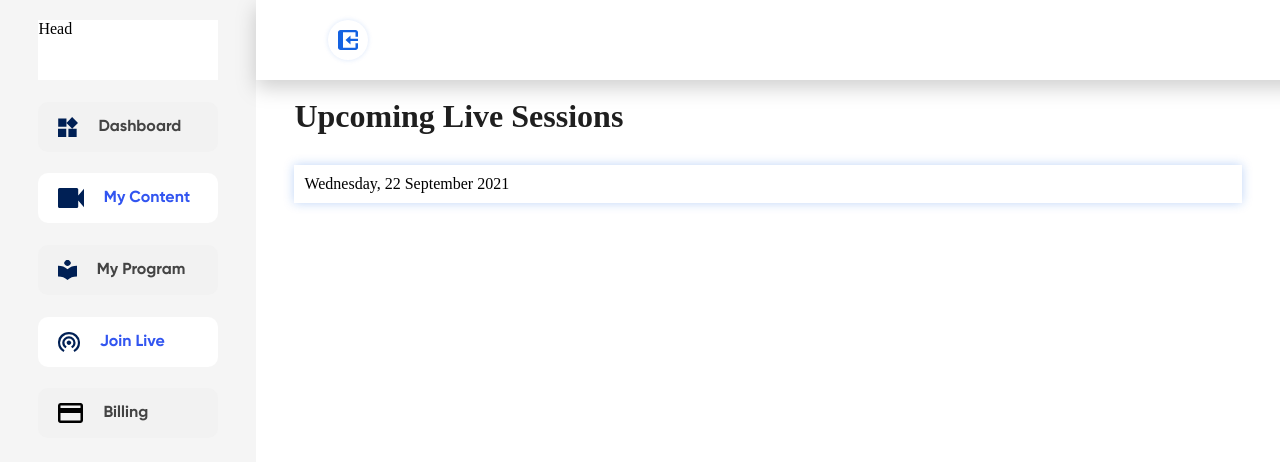
Repository: harshuuu18/crusp-admin
Page: /user/live
An editor plug-in stored every save of this project. The page is shown before and after the next save, followed by the edit.
The browser window is 1280 px wide. The pictures show the whole page.
The project was rebuilt for these pictures with package versions that can differ from the ones it lists, and the page was loaded fresh each time. Also part of the build but not shown: src/helpers/AuthUser.js, src/Components/Pages/Content/Content.js, src/Components/Pages/Batch/Batch.js, src/Utilities/Context.js, src/Components/Pages/MyProgram/Program.js, src/Components/Pages/MyProgram/Data.js, src/Components/Pages/MyProgram/Programs.js, src/Components/Pages/MyProgram/MyProgram.js and 3 more.

Above is the page before, as saved 2022-01-24 21:29:51.

After the next save:
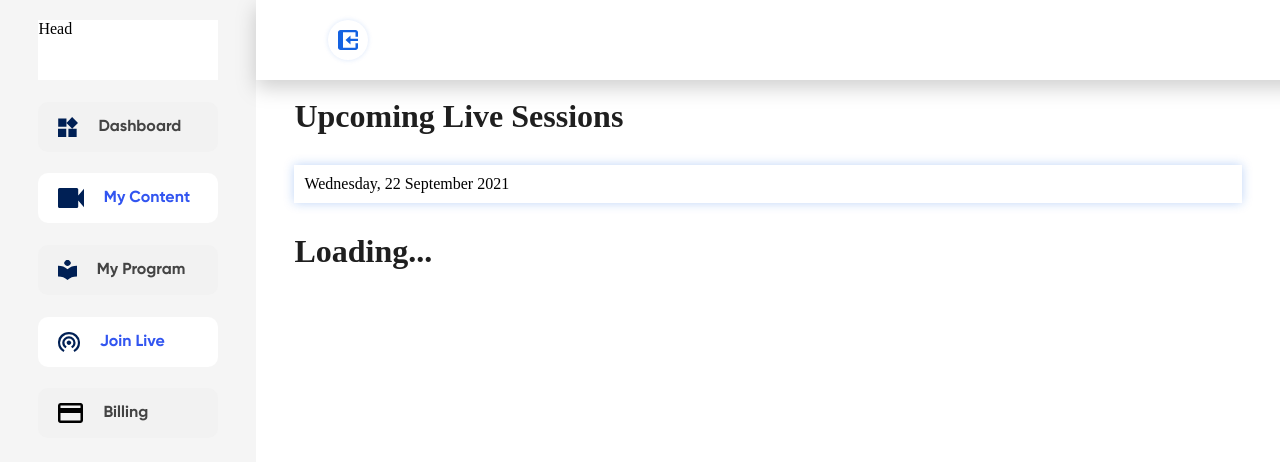
Saved 25 s later.
--- a/src/Components/Pages/Live/Live.js
+++ b/src/Components/Pages/Live/Live.js
@@ -1,30 +1,34 @@
+/** @format */
+
 import React, { useEffect, useState } from "react";
 import { GetSessionsRoute } from "../../../network/services";
 import Session from "./Session";
 function Live() {
-  const [session, setSession] = useState("");
-  useEffect(() => {
-    let _user = JSON.parse(localStorage.getItem("user"));
-    if (_user) {
-      GetSessionsRoute({ setSession, token: _user.token });
-    }
-  }, []);
+	const [session, setSession] = useState("");
+	useEffect(() => {
+		let _user = JSON.parse(localStorage.getItem("user"));
+		if (_user) {
+			GetSessionsRoute({ setSession, token: _user.token });
+		}
+	}, []);
 
-  return (
-    <div className="main">
-      <h1>Upcoming Live Sessions</h1>
-      <div className="date">
-        <p>Wednesday, 22 September 2021</p>
-      </div>
-      <div className="session-wrapper">
-        {session
-          ? session.map((data) => {
-              return <Session data={data} key={data._id} />;
-            })
-          : ""}
-      </div>
-    </div>
-  );
+	return (
+		<div className='main'>
+			<h1>Upcoming Live Sessions</h1>
+			<div className='date'>
+				<p>Wednesday, 22 September 2021</p>
+			</div>
+			<div className='session-wrapper'>
+				{session.length ? (
+					session.map((data) => {
+						return <Session data={data} key={data._id} />;
+					})
+				) : (
+					<h1>Loading...</h1>
+				)}
+			</div>
+		</div>
+	);
 }
 
 export default Live;
